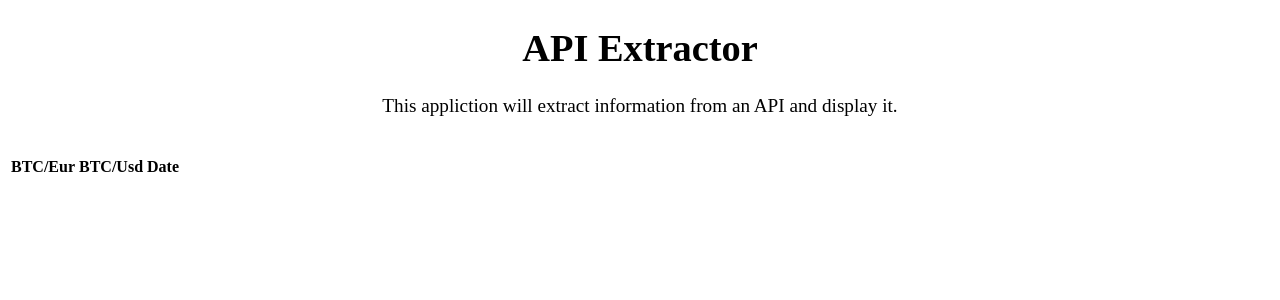
Repository: vxyux/api-extraction
Page: index.html
An editor plug-in stored every save of this project. The page is shown before and after the next save, followed by the edit.
The browser window is 1280 px wide. The pictures show the whole page.
The page's requests for data from a server got no answer.

Above is the page before, as saved 2023-09-05 10:36:17.

### index.html
<!DOCTYPE html>
<html lang="en">
<head>
  <meta charset="UTF-8">
  <meta name="viewport" content="width=device-width, initial-scale=1.0">
  <title>Document</title>
  <link rel="stylesheet" href="stylesheet.css">
  <script src="app.js"></script>
</head>
<body>
  <div class="center">
    <h1>API Extractor</h1>
    <p>This appliction will extract information from an API and display it.</p>
  </div>

  <img src="" id="loading" alt="">

  <table>
  <tr>
    <th>BTC/Eur</th>
    <th>BTC/Usd</th>
    <th>Date</th>
  </tr>
  <tr>
    <td><div id="rate-eur"></div></td>
    <td><div id="rate-usd"></div></td>
    <td><div id="date"></div></td>
  </tr>
</table>
</body>
</html>

### stylesheet.css
.center {
  text-align: center;
  font-size: 120%;
}

table,
{
  border: 1px solid black;
  border-width: 2px;
  margin-left: auto;
  margin-right: auto;
}

### app.js
const api_url = 'https://api.coindesk.com/v1/bpi/currentprice.json';

async function getapi(url) {
  const response = await fetch(url);

  var data = await response.json();

  console.log(data.bpi.EUR.rate);

  if (response) {
    hideloader();
  }
  show(data);
}

getapi(api_url);

function hideloader() {
  document.getElementById('loading').style.display = 'none';
}

function show(data) {
  var rate_eur = data.bpi.EUR.rate;
  var rate_usd = data.bpi.USD.rate;
  var date = data.time.updated;

  document.getElementById('rate-eur').innerHTML =
    '<p>' + rate_eur + '</p>';

  document.getElementById('rate-usd').innerHTML =
    '<p>' + rate_usd + '</p>';

  document.getElementById('date').innerHTML =
    '<p>' + date + '</p>';
}

After the next save:
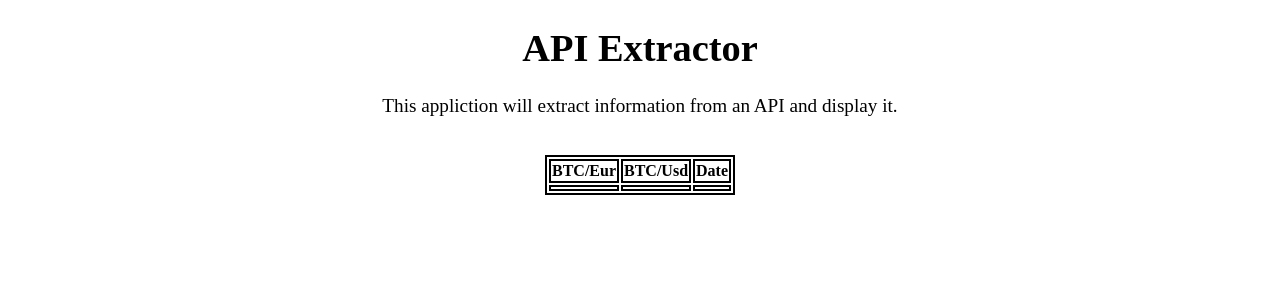
Saved 4 s later.
--- a/stylesheet.css
+++ b/stylesheet.css
@@ -3,7 +3,7 @@
   font-size: 120%;
 }
 
-table,
+table, th, td
 {
   border: 1px solid black;
   border-width: 2px;
